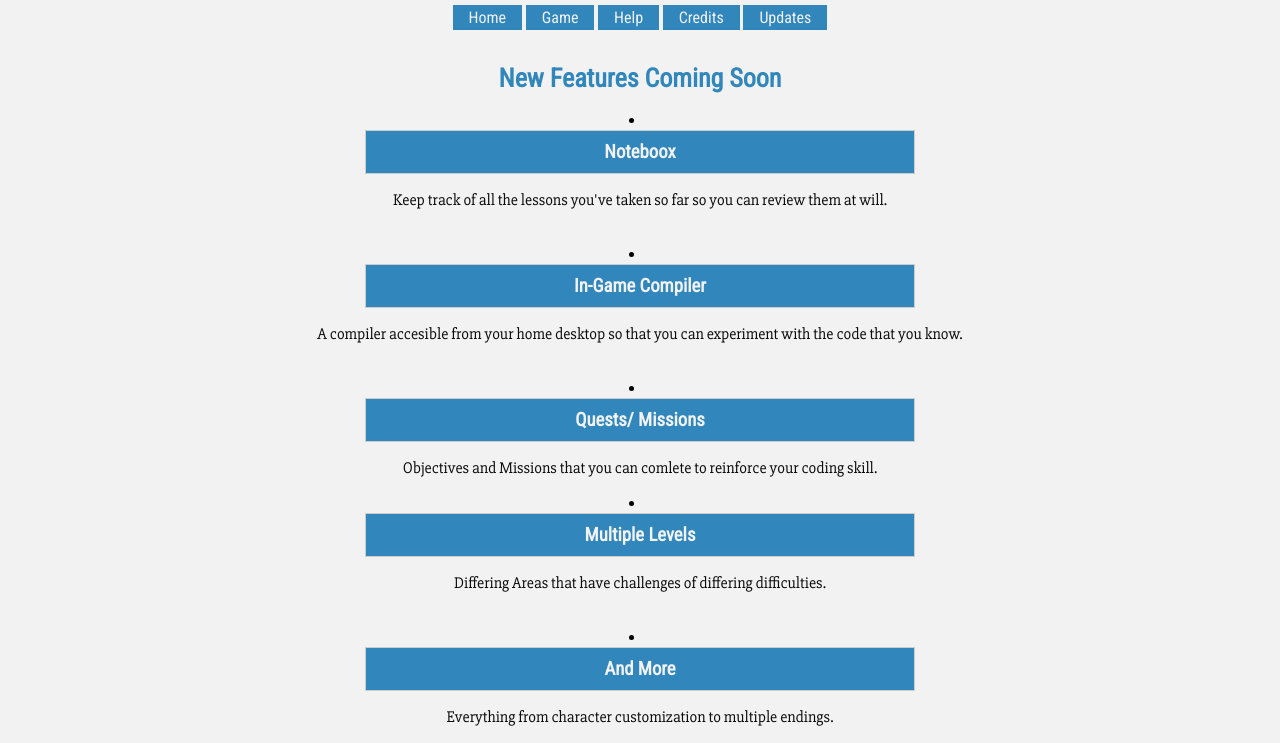
Repository: AmrEl-Azizi/Learning-Hacks-Website
Page: root/updates.html
The author's editor kept a record of every edit. The page is drawn from the files as they stood at one moment, then again after the next edit.
The browser window is 1280 px wide. The pictures show the whole page.

Above is the page before.

After the next edit:
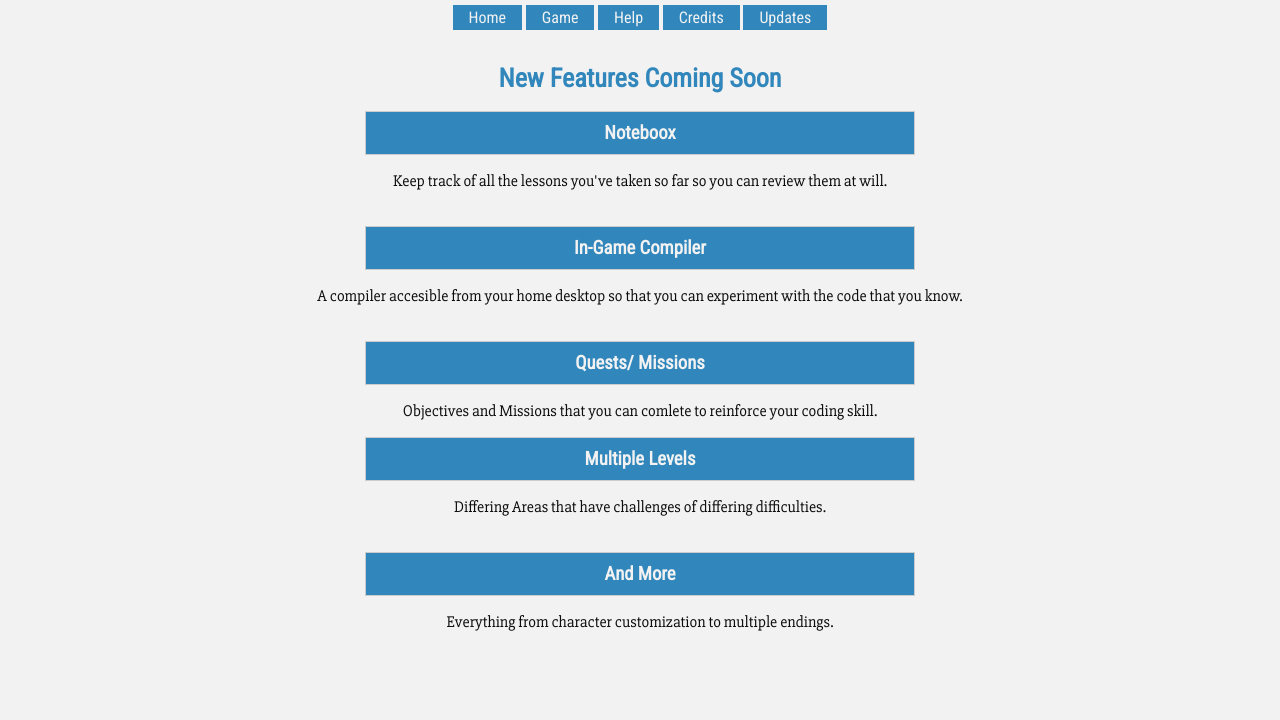
The edit:
--- a/root/updates.html
+++ b/root/updates.html
@@ -18,7 +18,7 @@
         </ul>
         </br>
         <h1 class="title"><stronger>New Features Coming Soon</stronger></h1>
-        <u1>
+        <ul>
                 <li>
                     <h3 class = "creditHeader">Noteboox</h3>
                     <p>Keep track of all the lessons you've taken so far so you can review them at will.</p>
